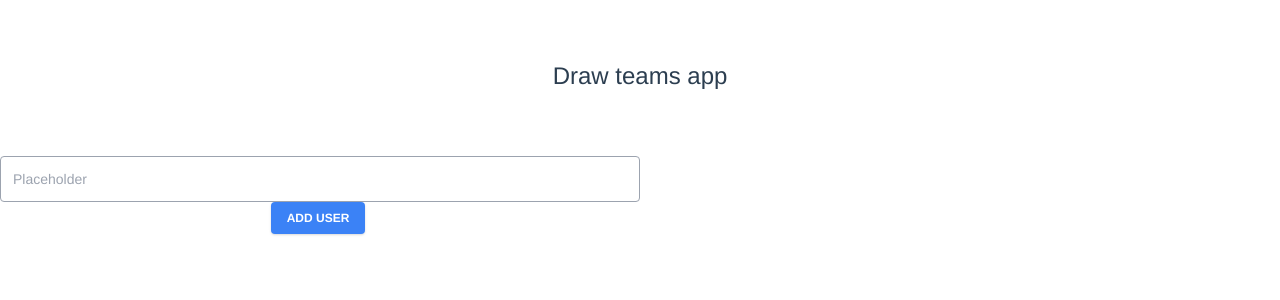
Repository: AlekJanevski/draw-teams-app
Page: /
These files come from the project's save history. The page is drawn as it stood at one moment and after the next save; the edit follows.
The browser window is 1280 px wide. The pictures show the whole page.
The project was rebuilt for these pictures with package versions that can differ from the ones it lists, and the page was loaded fresh each time.

Above is the page before, as saved 2021-03-18 20:21:23.

After the next save:
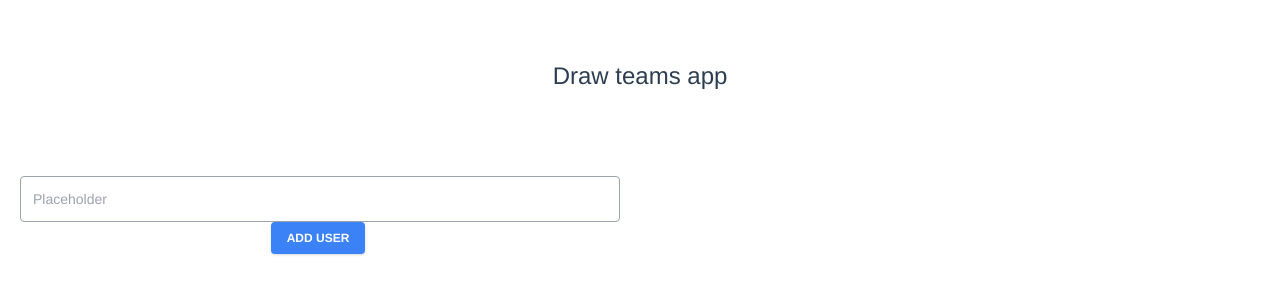
Saved 10 s later.
--- a/src/components/HelloWorld.vue
+++ b/src/components/HelloWorld.vue
@@ -3,7 +3,7 @@
     <h1 class="mb-16 text-2xl">Draw teams app</h1>
 
     <!-- Add user wrapper starts -->
-    <div class="w-1/2 pt-0 mb-3">
+    <div class="w-1/2 p-5 mb-3">
       <!-- Add user input starts -->
       <input type="text" placeholder="Placeholder" class="relative w-full px-3 py-3 text-sm text-gray-700 placeholder-gray-400 bg-white border border-gray-400 rounded outline-none focus:outline-none focus:shadow-outline"/>
       <!-- Add user input ends -->
